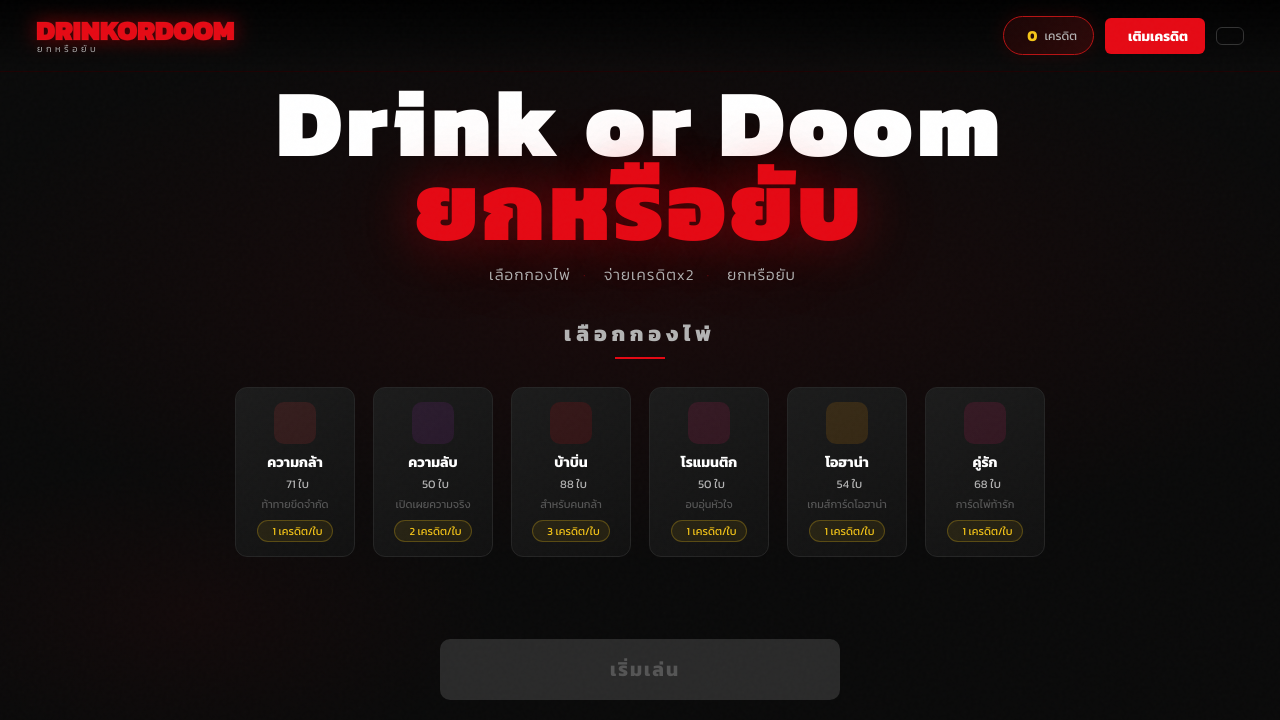
Repository: nuthiokhaw99/Drink-or-Doom.github.io
Page: index.html
An editor plug-in stored every save of this project. The page is shown before and after the next save, followed by the edit.
The browser window is 1280 px wide. The pictures show the whole page.
Some icons come from a web library that is not loaded, so they are not drawn.

Above is the page before, as saved 2026-03-25 21:26:24.
Console error: SyntaxError: Unexpected token ')'

After the next save:
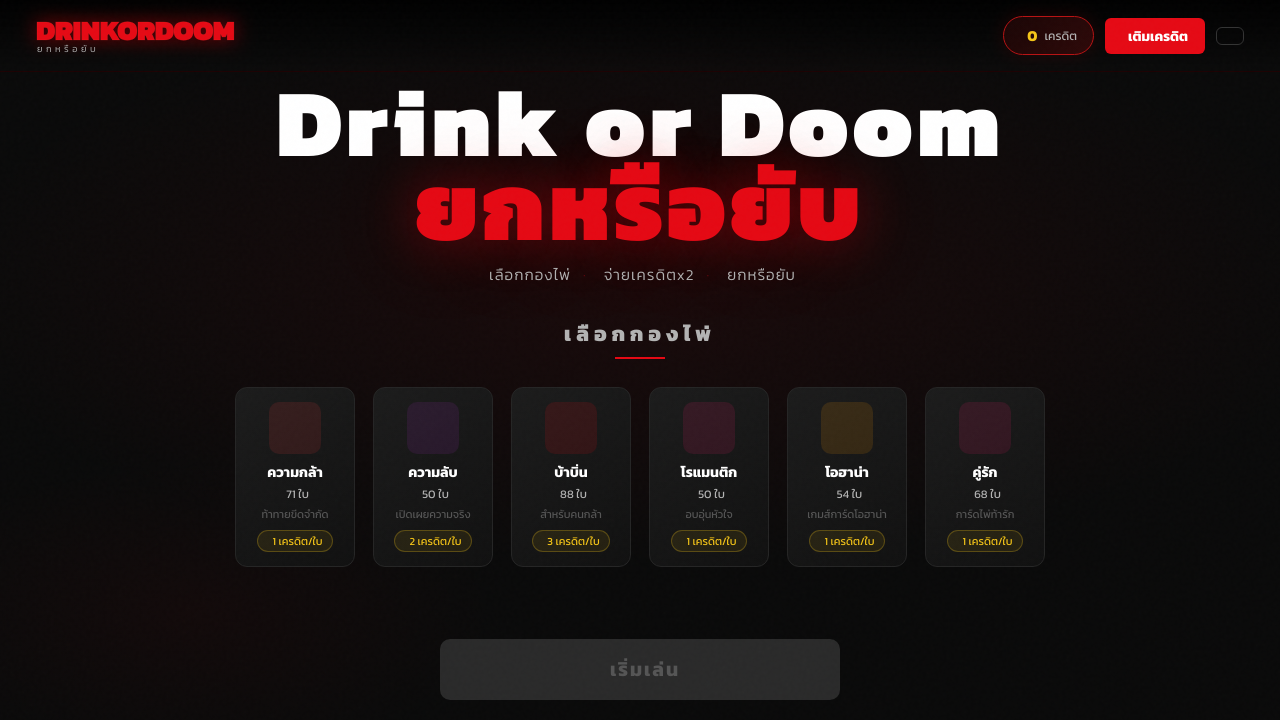
Saved 108 s later.
--- a/css/main.css
+++ b/css/main.css
@@ -198,7 +198,7 @@
 .deck-card.sel::before       { opacity: 1; }
 .deck-card.sel               { border-color: var(--red); box-shadow: 0 0 28px var(--glow); background: linear-gradient(145deg, #1f0505, #130303); }
 .d-ico-wrap {
-  width: 42px; height: 42px;
+  width: 52px; height: 52px;
   border-radius: 10px;
   margin: 0 auto 8px;
   font-size: 1.15rem;
